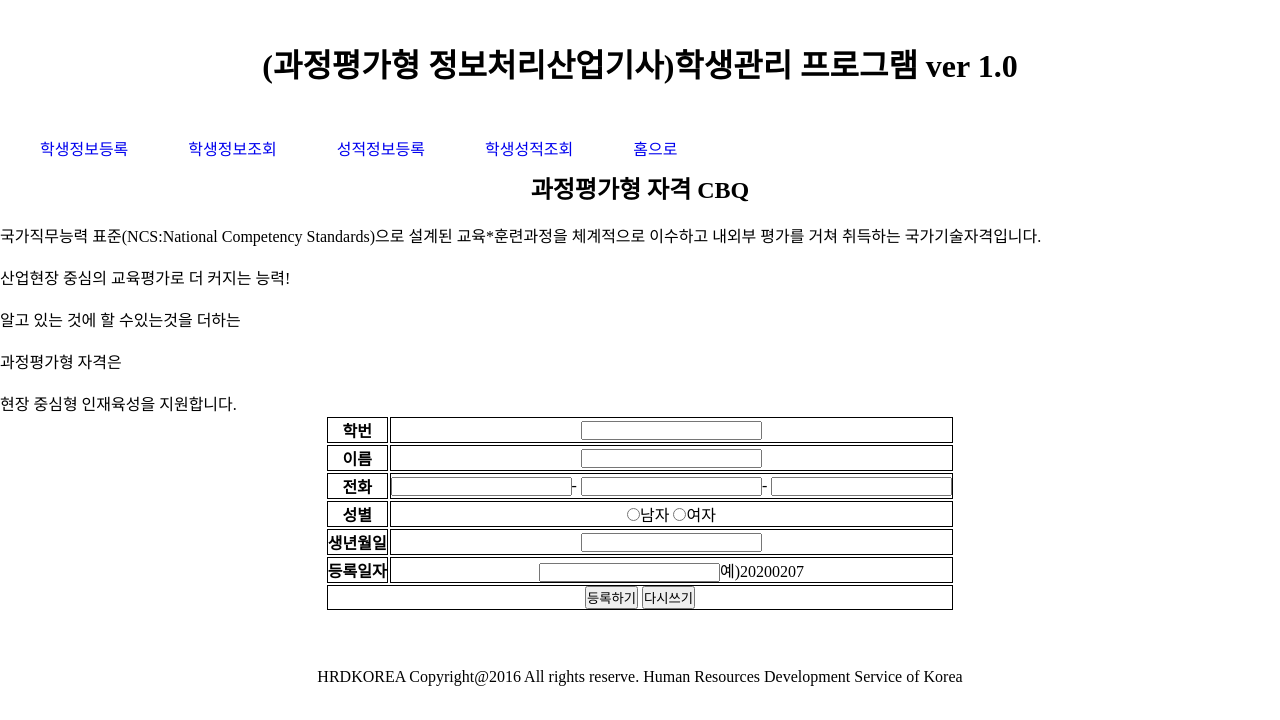
Repository: SeolhwaPark/JSL40_HRDKOREA
Page: http://localhost/HRD_0428_02/insert.jsp
These files come from the project's save history. The page is drawn as it stood at one moment and after the next save; the edit follows.
The browser window is 1280 px wide. The pictures show the whole page.
The page is served by Tomcat 9. Other server files are loaded and not shown.

Above is the page before, as saved 2020-04-28 11:52:48.

### HRD_0428_02/WebContent/insert.jsp
<%@ page language="java" contentType="text/html; charset=UTF-8"
    pageEncoding="UTF-8"%>
<%@ page import="java.util.* , model.*"%>

<%

%>
<!DOCTYPE html>
<html>
<head>
<meta charset="UTF-8">
<title>(과정평가형 정보처리산업기사)학생관리 프로그램 ver 1.0</title>

<style type="text/css">
*{padding:0;margin:0}
.logo{padding:40px 0;text-align:center;}
.navi{padding:10px 0;overflow:hidden}
.navi ul, li{padding:0 10px;float:left;list-style:none}
a{padding:20px;text-decoration:none;}

.title{text-align:center;}
.content{margin:0 auto}
.content table{margin:0 auto}
.content table th, td{text-align:center;border: 1px solid}
.btn_group{text-align:center;}

.footer{padding:20px 0;}
.footer p{text-align:center;}
</style>
<script type="text/javascript">
function send() {
	if(insert.hakbun.value==""){
		alert("학번이 입력되지 않았습니다!");
		insert.hakbun.focus();
		return false;
	}
	if(insert.name.value==""){
		alert("이름이 입력되지 않았습니다!");
		insert.name.focus();
		return false;
	}
	if(insert.phone1.value==""){
		alert("전화번호가 입력되지 않았습니다!");
		insert.phone1.focus();
		return false;
	}
	if(insert.phone2.value==""){
		alert("전화번호가 입력되지 않았습니다!");
		insert.phone2.focus();
		return false;
	}
	if(insert.phone3.value==""){
		alert("전화번호가 입력되지 않았습니다!");
		insert.phone3.focus();
		return false;
	}
	if(insert.gender[0].checked == false && insert.gender[1].checked == false){
		alert("성별을 선택하세요!");
		return false;
	}
	if(insert.birth.value==""){
		alert("생년월일이 입력되지 않았습니다!");
		insert.birth.focus();
		return false;
	}
	if(insert.regdate.value==""){
		alert("등록일자가 입력되지 않았습니다!");
		insert.regdate.focus();
		return false;
	}
	alert("학생정보를 등록합니다");
	insert.submit();
}
function del() {
	alert("입력된 모든 항목을 삭제합니다");
	insert.reset();
}
</script>

</head>
<body>

<div class="header">
	<header>
		<h1 class="logo">(과정평가형 정보처리산업기사)학생관리 프로그램 ver 1.0</h1>
		<nav class="navi">
			<ul>
				<li><a href="insert">학생정보등록</a></li>
				<li><a href="list">학생정보조회</a></li>
				<li><a href="input">성적정보등록</a></li>
				<li><a href="view">학생성적조회</a></li>
				<li><a href="index.jsp">홈으로</a></li>
			</ul>
		</nav>
	</header>
</div>
<div class="section">
	<section>
		<h2 class="title">과정평가형 자격 CBQ</h2>
		<div class="content">
			<br>국가직무능력 표준(NCS:National Competency Standards)으로 설계된 교육*훈련과정을 체계적으로 이수하고 내외부 평가를 거쳐 취득하는 국가기술자격입니다.<br>
			<br>산업현장 중심의 교육평가로 더 커지는 능력!<br>
			<br>알고 있는 것에 할 수있는것을 더하는<br>
			<br>과정평가형 자격은<br>
			<br>현장 중심형 인재육성을 지원합니다.<br>


			<form name="insert" method="post" action="insert_pro.jsp">
				<table>
					<tr>
						<th>학번</th>
						<td><input type="text" name="hakbun" value=""></td>
					</tr>
					<tr>
						<th>이름</th>
						<td><input type="text" name="name" value=""></td>
					</tr>
					<tr>
						<th>전화</th>
						<td><input type="text" name="phone1" value="">-
							<input type="text" name="phone2" value="">-
							<input type="text" name="phone3" value="">
						</td>
					</tr>
					<tr>
						<th>성별</th>
						<td><input type="radio" name="gender" value="M">남자
							<input type="radio" name="gender" value="F">여자</td>
					</tr>
					<tr>
						<th>생년월일</th>
						<td><input type="text" name="birth" value=""></td>
					</tr>
					<tr>
						<th>등록일자</th>
						<td><input type="text" name="regdate" value="">예)20200207</td>
					</tr>

					<tr>
						<td colspan="2" class="btn_group">
						<input type="button" value="등록하기" onClick="send()">
						<input type="button" value="다시쓰기" onClick="del()"></td>
					</tr>

				</table>
			</form>
			<br><br>
		</div>

	</section>
</div>
<div class="footer">
	<footer>
		<p>HRDKOREA Copyright@2016 All rights reserve. Human Resources Development Service of Korea</p>
	</footer>
</div>
</body>
</html>

After the next save:
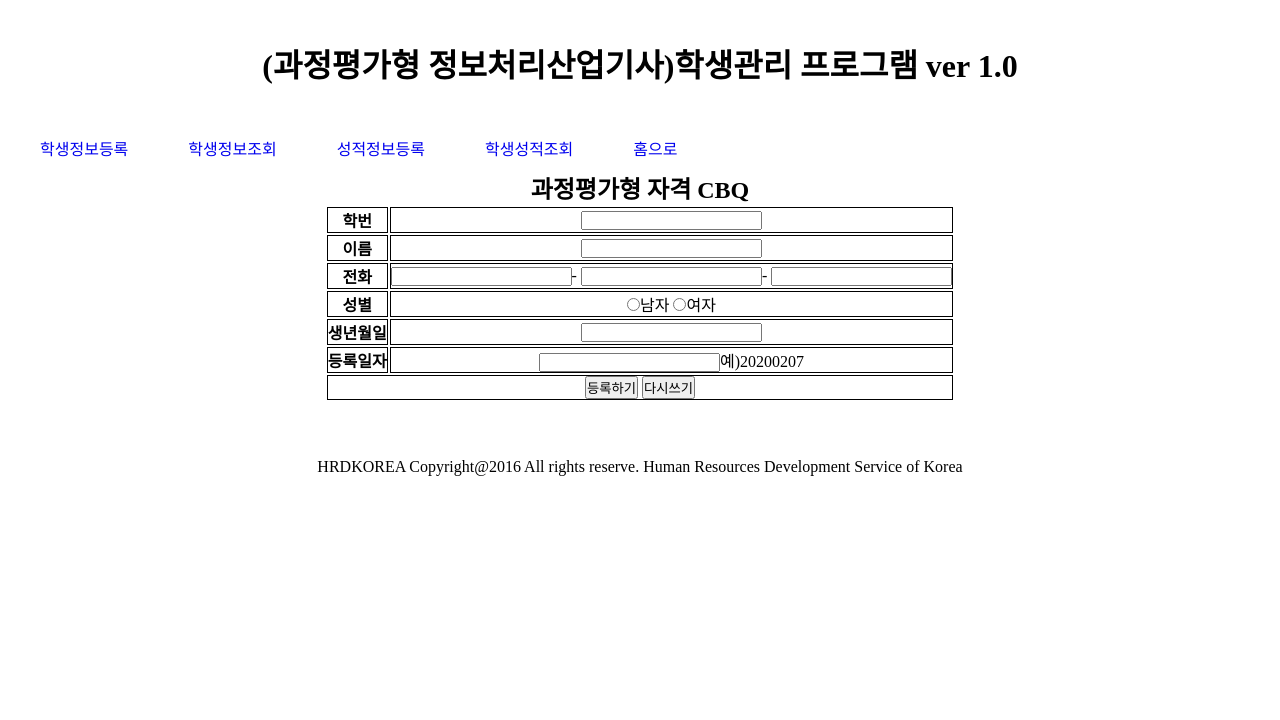
Saved 22 s later.
--- a/HRD_0428_02/WebContent/insert.jsp
+++ b/HRD_0428_02/WebContent/insert.jsp
@@ -98,11 +98,6 @@ function del() {
 	<section>
 		<h2 class="title">과정평가형 자격 CBQ</h2>
 		<div class="content">
-			<br>국가직무능력 표준(NCS:National Competency Standards)으로 설계된 교육*훈련과정을 체계적으로 이수하고 내외부 평가를 거쳐 취득하는 국가기술자격입니다.<br>
-			<br>산업현장 중심의 교육평가로 더 커지는 능력!<br>
-			<br>알고 있는 것에 할 수있는것을 더하는<br>
-			<br>과정평가형 자격은<br>
-			<br>현장 중심형 인재육성을 지원합니다.<br>
 
 
 			<form name="insert" method="post" action="insert_pro.jsp">
